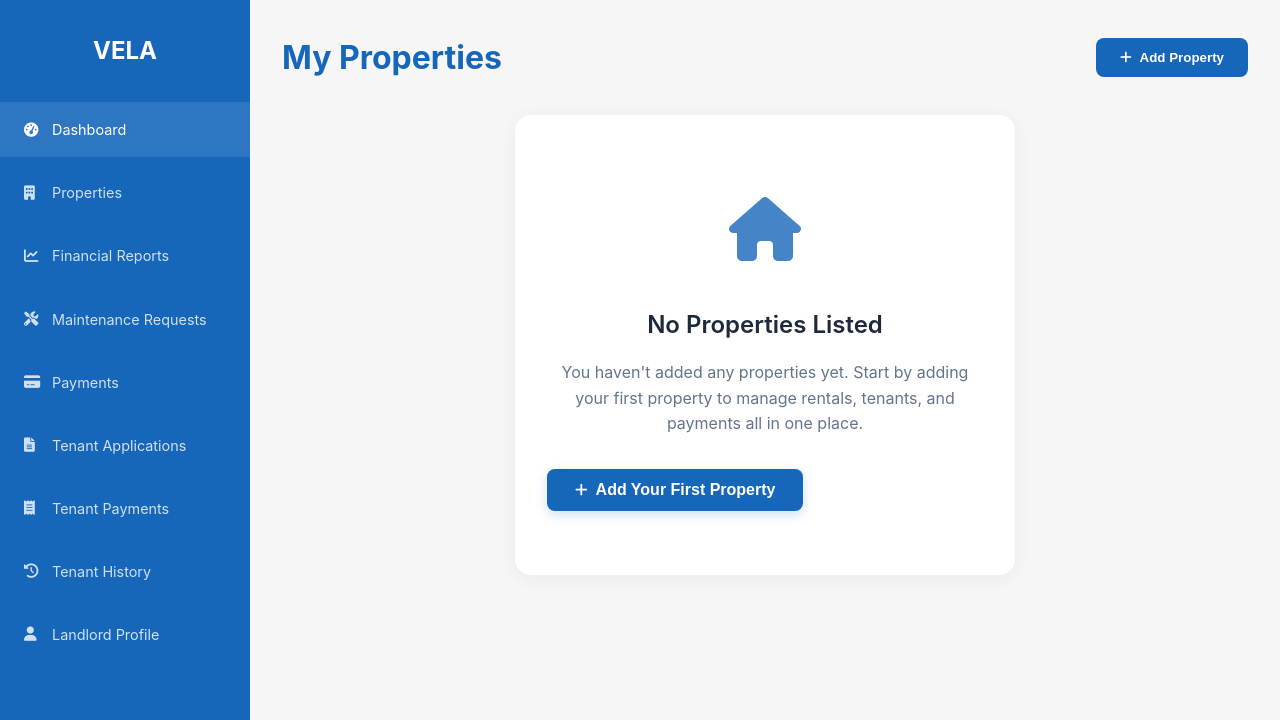
Repository: rizzerk/vela
Page: http://localhost/vela/LANDLORD/properties.php
An editor plug-in stored every save of this project. The page is shown before and after the next save, followed by the edit.
The browser window is 1280 px wide. The pictures show the whole page.
The page is run by PHP 8.4 with error messages shown; the project is at /var/www/html/. Queries for data that is not in the repository find no rows.

Above is the page before, as saved 2025-06-28 18:31:53.

After the next save:
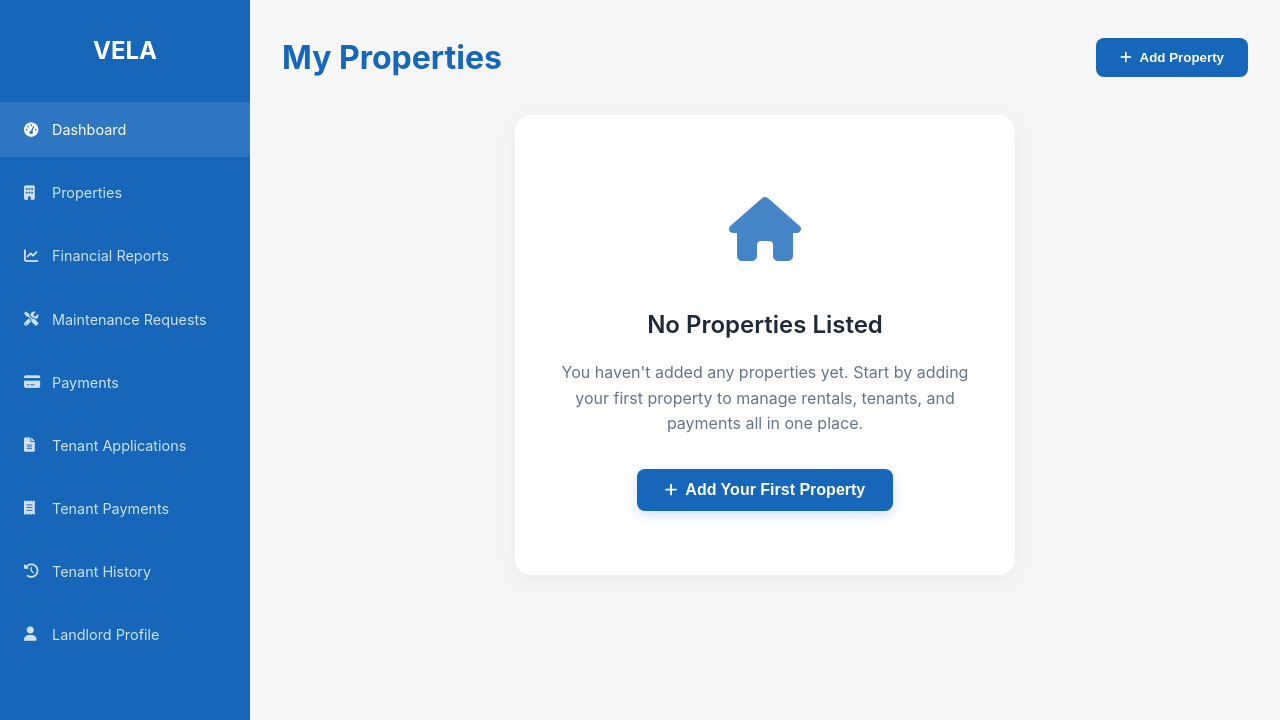
Saved 11 min 8 s later.
--- a/LANDLORD/properties.php
+++ b/LANDLORD/properties.php
@@ -205,8 +205,20 @@ $properties = mysqli_fetch_all($result, MYSQLI_ASSOC);
     max-width: 500px;
     margin: 2rem auto;
     transition: all 0.3s ease;
-}
-
+    display: flex;
+    flex-direction: column;
+    align-items: center; /* This centers all child elements horizontally */
+}
+
+.empty-state .add-property-btn {
+    padding: 0.75rem 1.75rem;
+    font-size: 1rem;
+    border-radius: 8px;
+    box-shadow: 0 4px 12px rgba(22, 102, 186, 0.2);
+    width: auto; /* Remove any fixed width */
+    display: inline-flex; /* Makes the button only as wide as its content */
+    justify-content: center; /* Centers the button content */
+}
 .empty-state:hover {
     box-shadow: 0 8px 30px rgba(0, 0, 0, 0.1);
     transform: translateY(-2px);
